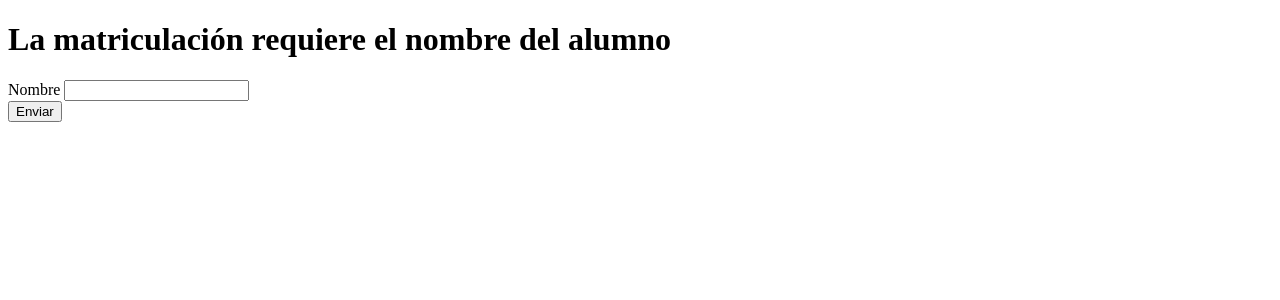
Repository: scgil/master-java
Page: Semana2/09-ValidacionesPerfilesInclude/src/main/webapp/login.html
An editor plug-in stored every save of this project. The page is shown before and after the next save, followed by the edit.
The browser window is 1280 px wide. The pictures show the whole page.

Above is the page before, as saved 2024-12-16 09:41:47.

### Semana2/09-ValidacionesPerfilesInclude/src/main/webapp/login.html
<!DOCTYPE html>
<html>
<head>
<meta charset="UTF-8">
<title>Matricula</title>
</head>
<body>
	<h1>La matriculación requiere el nombre del alumno</h1>
    <form action="ServletPersona" method="post">
    	<label for="curso">Nombre</label>
    		<input type="text" name="nombrePersona"><br>
		<button  type="submit" id="enviar">Enviar</button>
    </form>
</body>
</html>

After the next save:
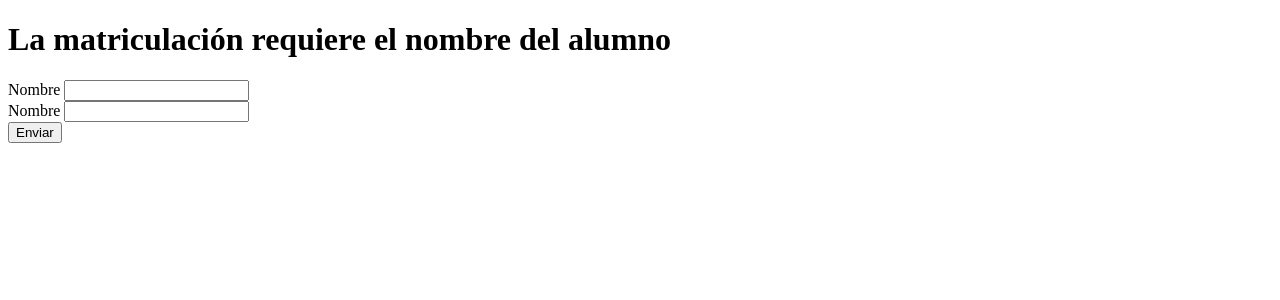
Saved 2 min 47 s later.
--- a/Semana2/09-ValidacionesPerfilesInclude/src/main/webapp/login.html
+++ b/Semana2/09-ValidacionesPerfilesInclude/src/main/webapp/login.html
@@ -2,13 +2,15 @@
 <html>
 <head>
 <meta charset="UTF-8">
-<title>Matricula</title>
+<title>Login</title>
 </head>
 <body>
 	<h1>La matriculación requiere el nombre del alumno</h1>
     <form action="ServletPersona" method="post">
-    	<label for="curso">Nombre</label>
-    		<input type="text" name="nombrePersona"><br>
+    	<label for="usuario">Nombre</label>
+    		<input type="text" name="usuario"><br>
+    	<label for="password">Nombre</label>
+    		<input type="text" name="password"><br>
 		<button  type="submit" id="enviar">Enviar</button>
     </form>
 </body>
